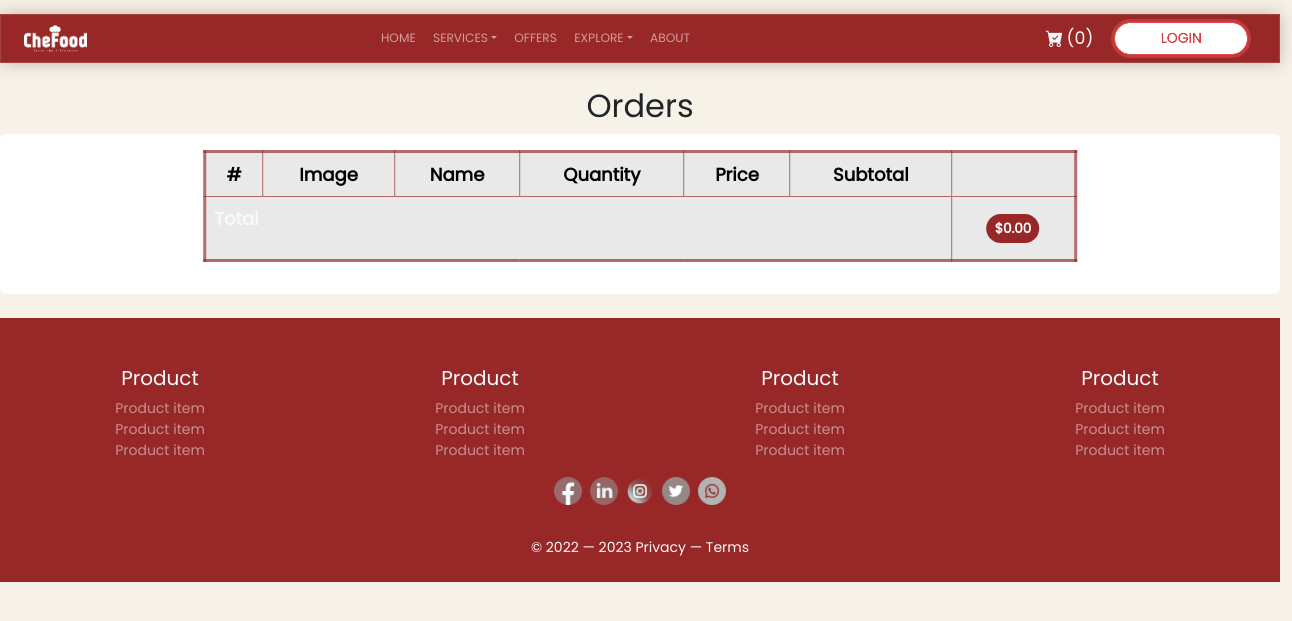
Repository: qamchamine/chefood
Page: /cart (app in front-end/)
An editor plug-in stored every save of this project. The page is shown before and after the next save, followed by the edit.
The browser window is 1280 px wide. The page is 1292 px wide, so the pictures cover 1292 px, including what lies to the right of the window. The pictures show the whole page.
The project was rebuilt for these pictures with package versions that can differ from the ones it lists, and the page was loaded fresh each time. Some packages were replaced by stand-ins written for this rebuild. Also part of the build but not shown: front-end/src/css/products.css, front-end/src/components/small_components/ProductCard.jsx, front-end/src/components/small_components/AddProduct.jsx, front-end/src/components/pages/sub-pages/Products.jsx, front-end/src/components/small_components/ButtonMain.jsx, front-end/src/components/small_components/HomeCard.jsx, front-end/src/components/small_components/HomeCardFullSection.jsx, front-end/src/components/pages/Home.jsx and 34 more. Imported but missing from the stored project, and not drawn on this page: front-end/src/sounds/applause.mp3, front-end/src/sounds/wheel.mp3.

Above is the page before, as saved 2023-06-25 20:26:09.

After the next save:
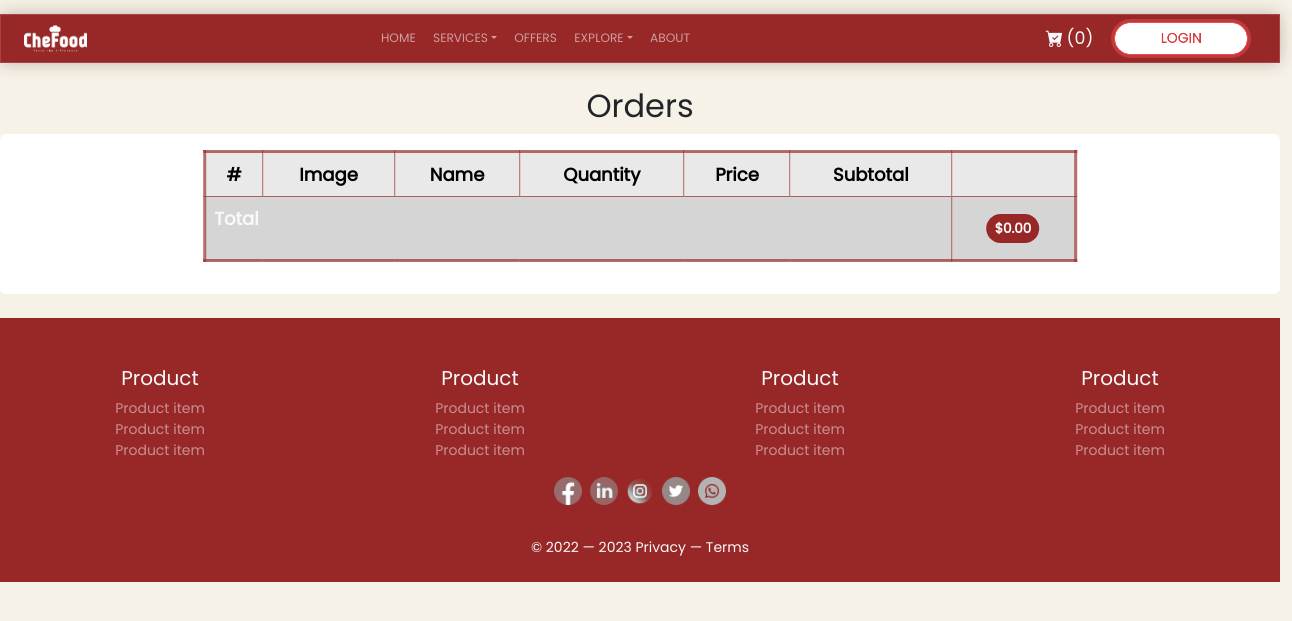
Saved 4 s later.
--- a/front-end/src/css/cart.css
+++ b/front-end/src/css/cart.css
@@ -8,7 +8,7 @@
     text-align: center;
     background: rgba(0, 0, 0, 0.088) !important;
 }
-.ajouterPanierTable th{
+.ajouterPanierTable .cart-footer{
     background: rgba(0, 0, 0, 0.088) !important;
 }
 .ajouterPanierTable {
